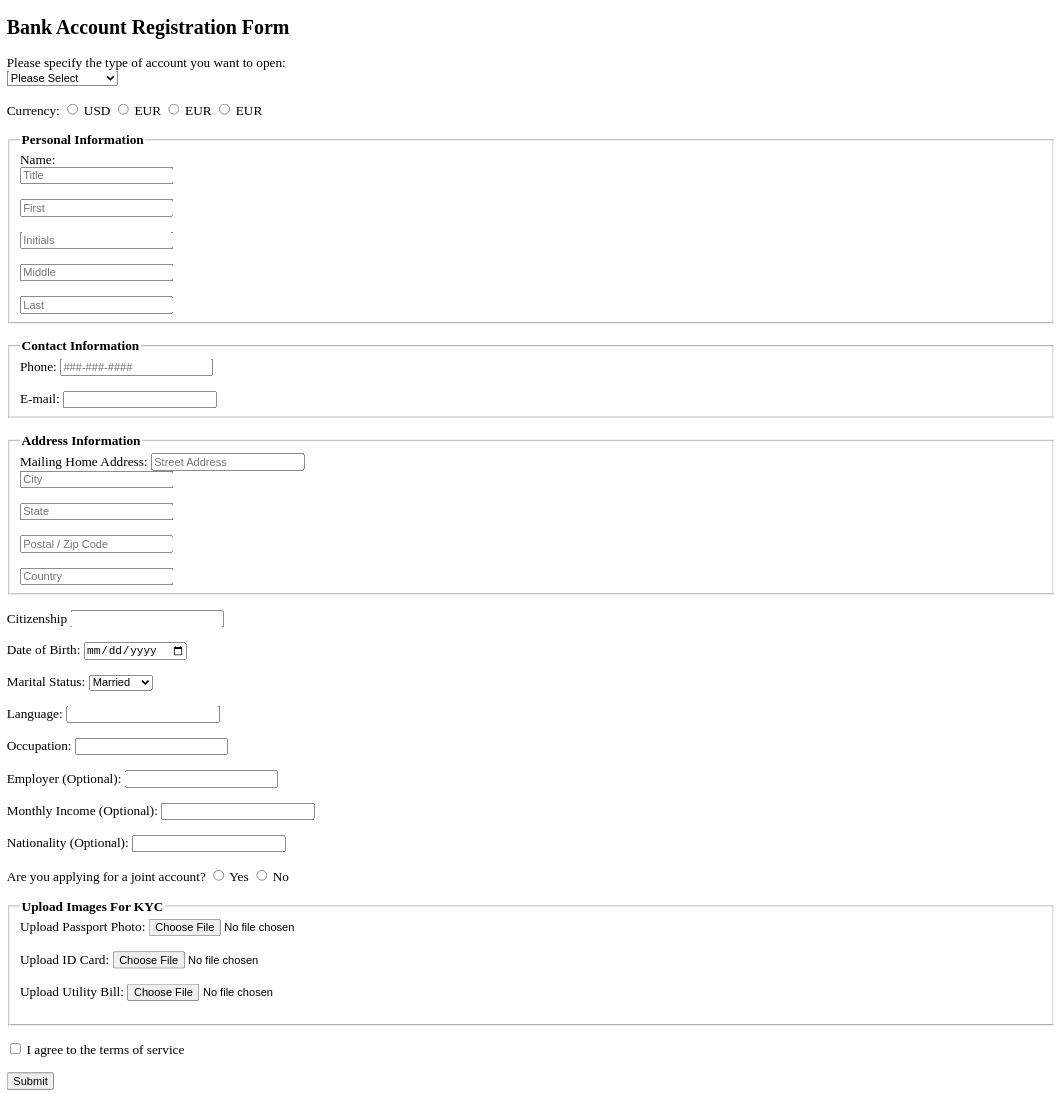
Repository: hizeetech/First-Assignment
Page: sign_up.html
The author's editor kept a copy of each file at every save. The page is drawn from the files as they stood at one save, then again after a run of saves.
The browser window is 1280 px wide. The pictures show the whole page, at 83% of full size.

Above is the page before, as saved 2024-11-09 03:11:48.

### sign_up.html
<!-- sign_up.html -->
<!DOCTYPE html>
<html lang="en">
<head>
    <meta charset="UTF-8">
    <meta name="viewport" content="width=device-width, initial-scale=1.0">
    <title>Bank Account Registration Form</title>

</head>
<body>

<div>
    <h2>Bank Account Registration Form</h2>
    <form action="#" method="post">

        <div>
            <label for="account-type">Please specify the type of account you want to open:</label><br>
            <select id="account-type" name="account_type" required>
                <option value="">Please Select</option>
                <option value="savings">Savings Account</option>
                <option value="current">Current Account</option>
                <option value="corporate">Corporate Account</option>
            </select>
        </div>
        <br>
        <div>
            <label>Currency:</label>
            <label><input type="radio" name="currency" value="NGN" required> USD</label>
            <label><input type="radio" name="currency" value="USD"> EUR</label>
            <label><input type="radio" name="currency" value="EUR"> EUR</label>
            <label><input type="radio" name="currency" value="POUNDS"> EUR</label>
        </div>
        <br>
        <div>
            <fieldset>
                <legend><b>Personal Information</b></legend>
            <label for="title">Name:</label>
            <div class="inline"><input type="text" id="title" name="title" placeholder="Title"></div><br>
            <div class="inline"><input type="text" name="first_name" placeholder="First" required></div><br>
            <div class="inline"><input type="text" name="initials" placeholder="Initials"></div><br>
            <div class="inline"><input type="text" name="middle_name" placeholder="Middle"></div><br>
            <input type="text" name="last_name" placeholder="Last" required><br>
            </fieldset>
        </div>
        <br>
        <div>
            <fieldset>
                <legend><b>Contact Information</b></legend>
            <label for="phone">Phone:</label>
            <input type="tel" id="phone" name="phone" placeholder="###-###-####" required>
        <br><br>
            <label for="email">E-mail:</label>
            <input type="email" id="email" name="email" required>
        </fieldset>
        </div>
        <br>
        <div>
            <fieldset>
                <legend><b>Address Information</b></legend>
            <label for="address">Mailing Home Address:</label>
            <input type="text" id="address" name="address" placeholder="Street Address" required><br>
            <div class="inline"><input type="text" name="city" placeholder="City" required></div><br>
            <div class="inline"><input type="text" name="state" placeholder="State" required></div><br>
            <div class="inline"><input type="text" name="postal_code" placeholder="Postal / Zip Code" required></div><br>
            <input type="text" name="country" placeholder="Country" required><br>
        </fieldset>
        </div>
        <br>
        <div>
            <label for="citizenship">Citizenship</label>
            <input type="citizenship" id="citizenship" name="citizenship" required>
        </div>
        <br>
        <div>
            <label for="dob">Date of Birth:</label>
            <input type="date" id="dob" name="dob" required>
        </div>
        <br>
        <div>
            <label for="marital-status">Marital Status:</label>
            <select id="marital-status" name="marital_status" required>
                <option value="married">Married</option>
                <option value="single">Single</option>
                <option value="divorced">Divorced</option>
                <option value="widowed">Widowed</option>
            </select>
        </div>
        <br>
        <div>
            <label for="language">Language:</label>
            <input type="text" id="language" name="language" required>
        </div>
        <br>
        <div>
            <label for="occupation">Occupation:</label>
            <input type="text" id="occupation" name="occupation" required>
        </div>
        <br>
        <div>
            <label for="employer">Employer (Optional):</label>
            <input type="text" id="employer" name="employer">
        </div>
        <br>
        <div>
            <label for="income">Monthly Income (Optional):</label>
            <input type="text" id="income" name="monthly_income">
        </div>
        <br>
        <div>
            <label for="nationality">Nationality (Optional):</label>
            <input type="text" id="nationality" name="nationality">
        </div>
        <br>
        <div>
            <label>Are you applying for a joint account?</label>
            <label><input type="radio" name="joint_account" value="yes"> Yes</label>
            <label><input type="radio" name="joint_account" value="no"> No</label>
        </div>
        <br>
        <div>
            <fieldset>
                <legend><b>Upload Images For KYC</b></legend>
            <label for="passportPhoto">Upload Passport Photo:</label>
            <input type="file" id="passportPhoto" name="passportPhoto" accept="image/*" required><br><br>

            <label for="idCard">Upload ID Card:</label>
            <input type="file" id="idCard" name="idCard" accept="image/*" required><br><br>

            <label for="utilityBill">Upload Utility Bill:</label>
            <input type="file" id="utilityBill" name="utilityBill" accept="image/*" required><br><br>
            </fieldset>
        </div>
        <br>
        <div>
            <input type="checkbox" id="terms" name="terms" required>
            <label for="terms">I agree to the terms of service</a></label>
        </div>
        <br>
        <button type="submit" class="submit-btn">Submit</button>
    </form>
</div>

</body>
</html>

After the next 2 saves:
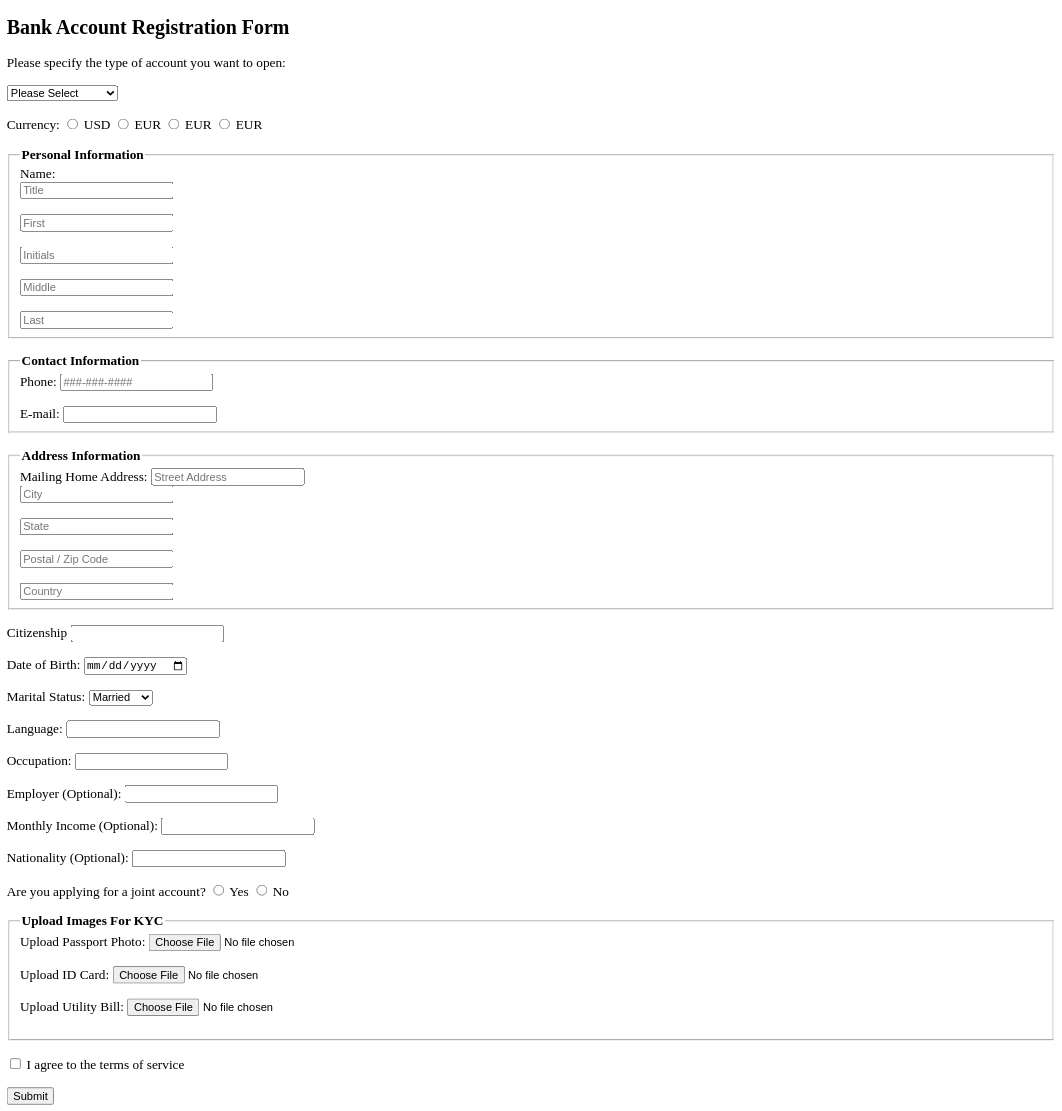
The 2 saves are shown as one change because they came seconds apart.
The last was saved 10 s later.
--- a/sign_up.html
+++ b/sign_up.html
@@ -14,7 +14,7 @@
     <form action="#" method="post">
 
         <div>
-            <label for="account-type">Please specify the type of account you want to open:</label><br>
+            <label for="account-type">Please specify the type of account you want to open:</label><br><br>
             <select id="account-type" name="account_type" required>
                 <option value="">Please Select</option>
                 <option value="savings">Savings Account</option>
